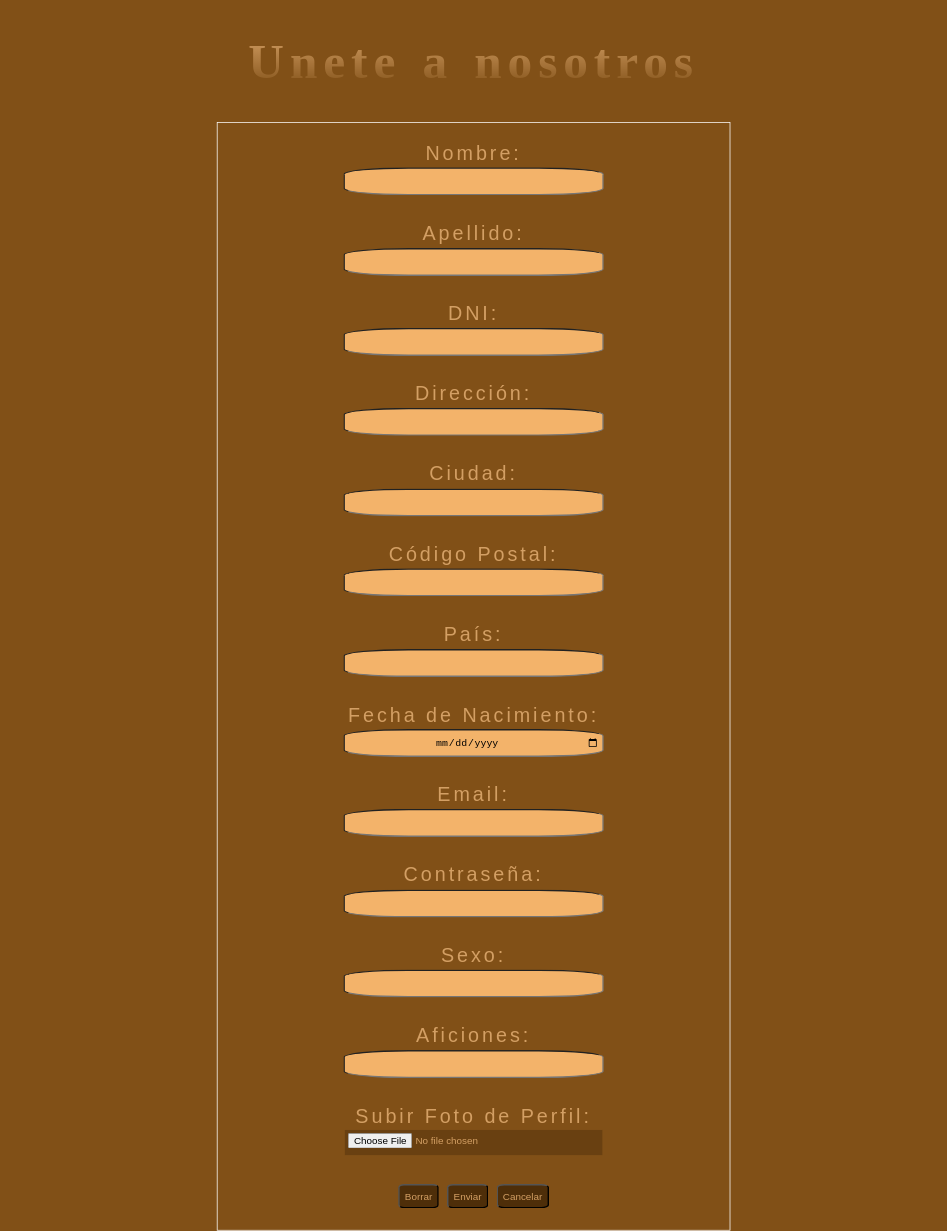
Repository: demoniers/demonIers.github.io
Page: web-lenguajes/src/singin.html
An editor plug-in stored every save of this project. The page is shown before and after the next save, followed by the edit.
The browser window is 1280 px wide. The pictures show the whole page, at 74% of full size.
Some web fonts or font styles are not loaded; a fallback is used.

Above is the page before, as saved 2025-02-03 09:35:35.

After the next save:
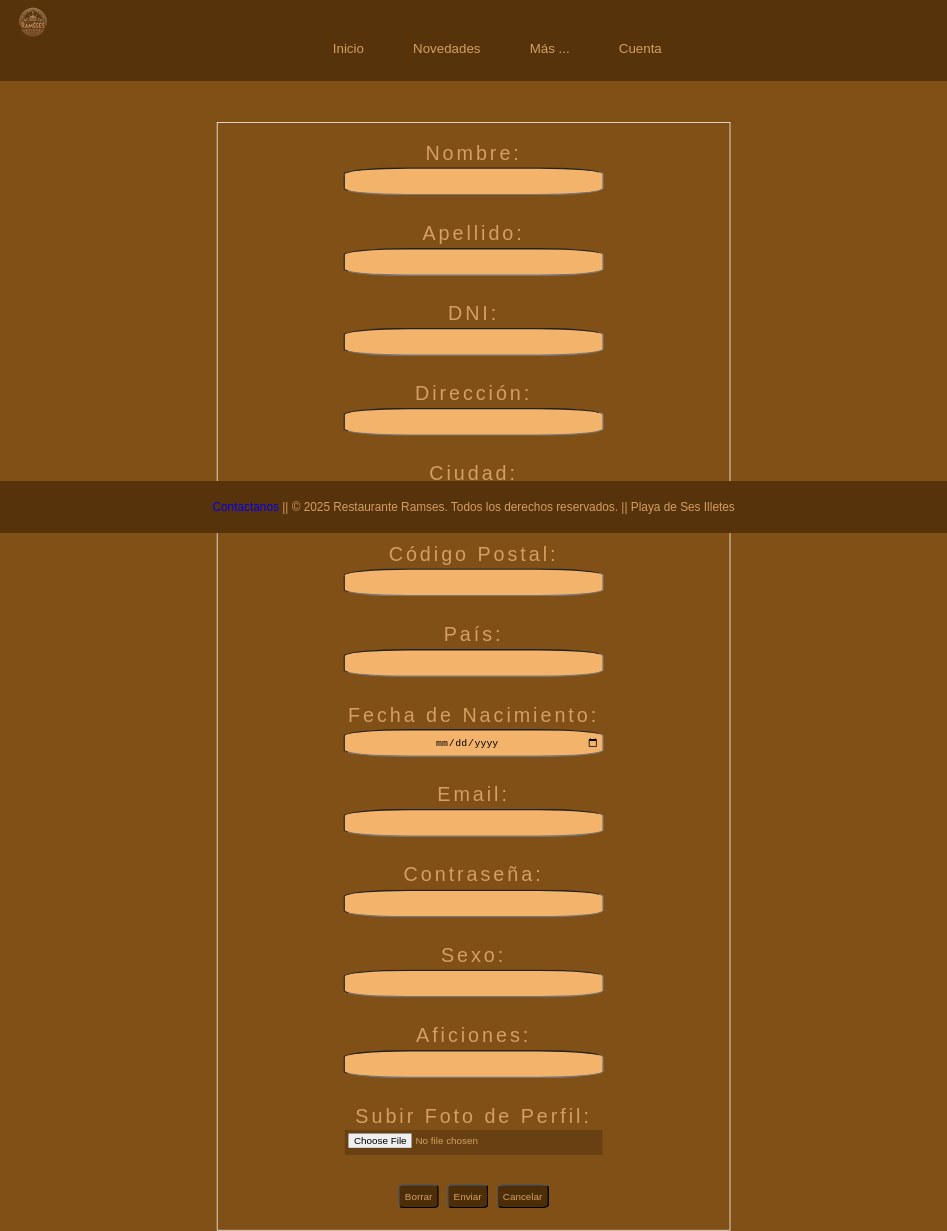
Saved 34 s later.
--- a/web-lenguajes/src/singin.html
+++ b/web-lenguajes/src/singin.html
@@ -7,6 +7,28 @@
     <link rel="stylesheet" href="../style/style.css">
 </head>
 <body>
+    <div class="header">
+        <nav>
+            <a href="#"><img src="img/logo-ramses.png" class="logo-r" alt=""></a>
+            <ul>
+                <li><a href="#">Inicio</a></li>
+                <li><a href="./src/noticias.html">Novedades</a></li>
+                <li><a>Más ...</a>
+                    <ul class="subitemul">
+                        <li class="subitem"><a target="_blank" href="https://marruecoshoy.com/comida-marroqui/">Cocina marroqui</a></li>
+                        <li class="subitem"><a target="_blank" href="https://www.tripadvisor.com/Attraction_Products-g187461-d573965-Playa_de_Ses_Illetes-Formentera_Balearic_Islands.html">Nuestra ubicacion</a></li>
+                    </ul>
+                </li>
+                <li>
+                    <a href>Cuenta</a>
+                    <ul class="subitemul">
+                        <li class="subitem"><a href="./src/login.html">Iniciar sesion</a></li>
+                        <li class="subitem"><a href="./src/singin.html">Registrarse</a></li>
+                    </ul>
+                </li>
+            </ul>
+        </nav>
+    </div>
     <h1 class="titulo-centrado">Unete a nosotros</h1>
     <div class="form">
         <div class="formulario">
@@ -74,5 +96,8 @@
             </form>
         </div>
     </div>
+    <div class="footer">
+        <p><a style="text-decoration: none;" href="mailto:ramses@gmail.com">Contactanos</a>   ||   &copy; 2025 Restaurante Ramses. Todos los derechos reservados.   ||    Playa de Ses Illetes</p>
+    </div>
 </body>
 </html>
